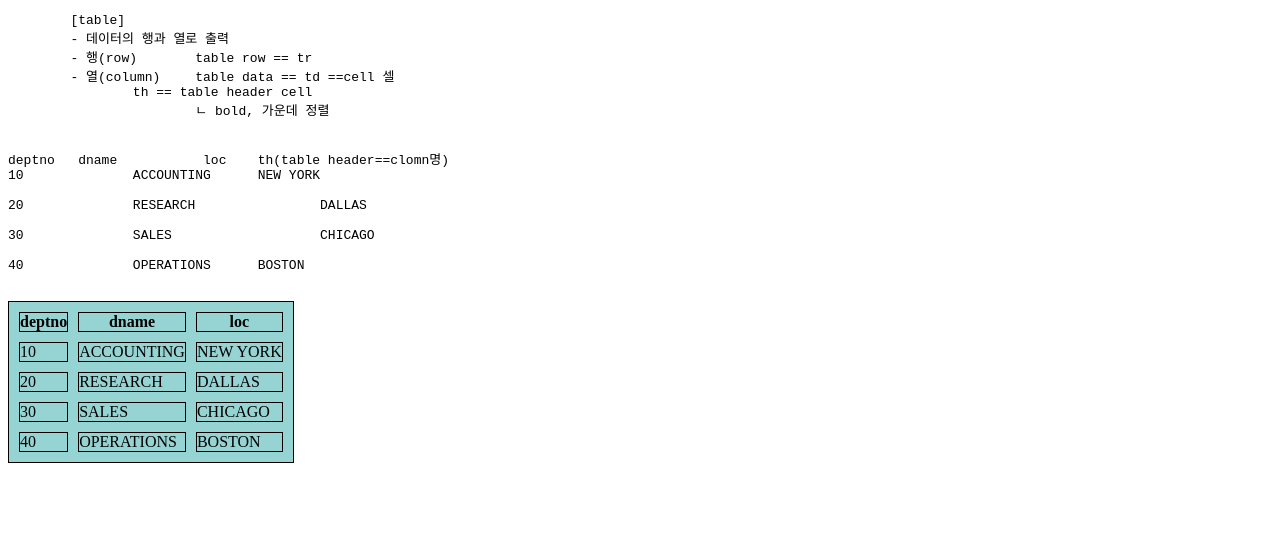
Repository: donggri1/WORKSPACE
Page: WebClass/webPro/src/main/webapp/html/days03/ex07.html
An editor plug-in stored every save of this project. The page is shown before and after the next save, followed by the edit.
The browser window is 1280 px wide. The pictures show the whole page.

Above is the page before, as saved 2024-03-26 03:36:07.

After the next save:
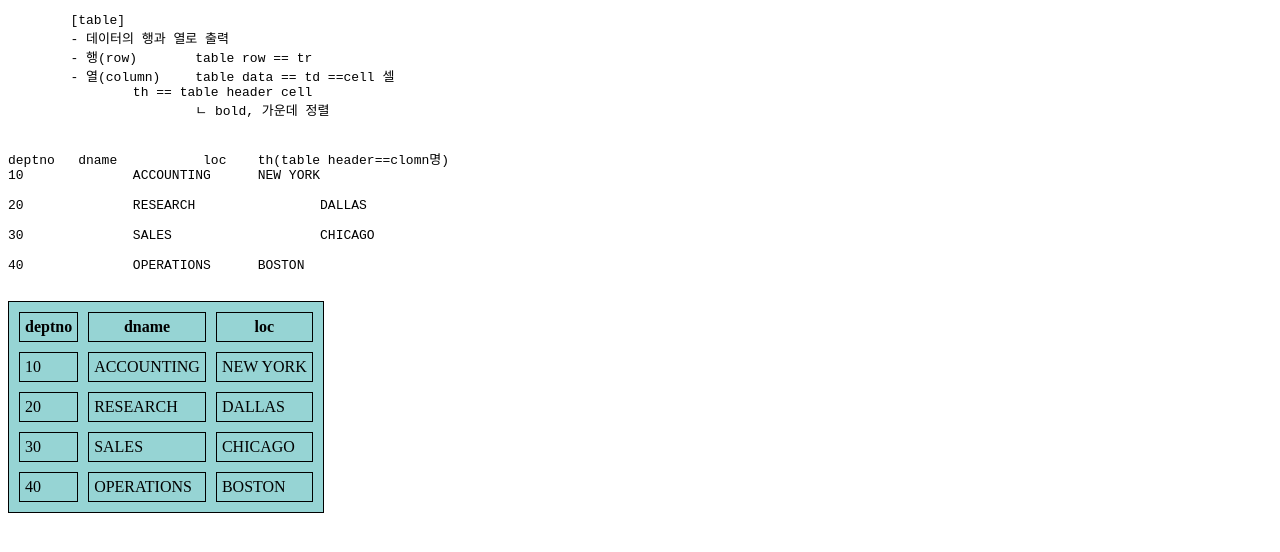
Saved 8 s later.
--- a/WebClass/webPro/src/main/webapp/html/days03/ex07.html
+++ b/WebClass/webPro/src/main/webapp/html/days03/ex07.html
@@ -34,7 +34,7 @@ deptno   dname           loc	th(table header==clomn명)
 
 
 <!-- <table cellspacing="10px" cellpadding = "20px" > -->
-<table cellspacing="10px" cellpadding = "0px" >
+<table cellspacing="10px" cellpadding = "5px" >
  <tr>
   <th >deptno</th>
   <th >dname</th>
